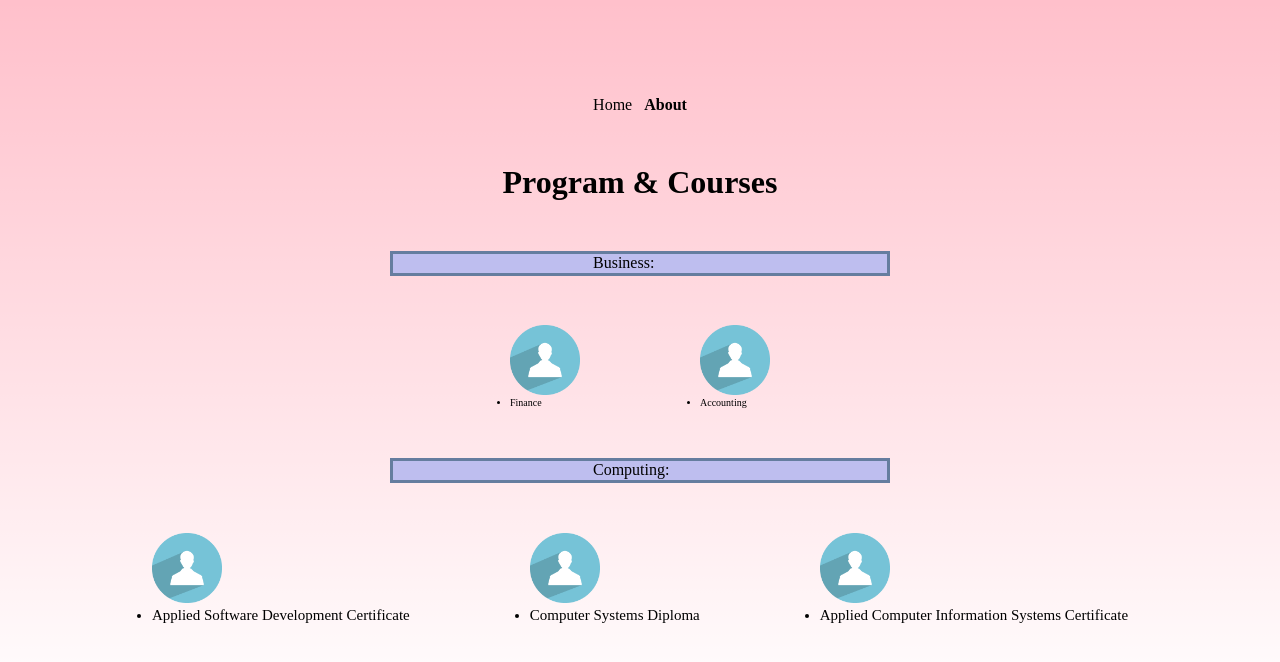
Repository: anoncoderin/madhu-assignment3
Page: /
An editor plug-in stored every save of this project. The page is shown before and after a run of saves, followed by the edit.
The browser window is 1280 px wide. The pictures show the whole page.
The project was rebuilt for these pictures with package versions that can differ from the ones it lists, and the page was loaded fresh each time. The framework's server and built-in components were replaced by stand-ins that run in the browser. Also part of the build but not shown: next.config.js, components/Card/Card.module.css.

Above is the page before, as saved 2023-01-22 21:04:50.

### pages/index.js
import Head from 'next/head'
import Image from 'next/image'
import { Inter } from '@next/font/google'
import styles from '@/styles/Home.module.css'
import { useState } from 'react'
import data from '../data/education.json'
import Link from 'next/link'
import Card from '../components/Card'
import style from '../components/Card/Card.module.css'

export default function Home() {
  console.log(data);
  const [information, setInformation] = useState([...data])
  return (
    <>
      <Head>

      </Head>
      <main className={styles.main}>

        <p> Home &nbsp;&nbsp;
          <Link href="about"><b>About</b></Link>
        </p>
        <h1>Program & Courses</h1>
      <div className={styles.heading}>Business:</div>
      <div className={styles.row}>
      {
        information && information.map((info, index)=>{
          if(info.department === "Business"){
            return(
              <Card key={index} degree={info.degree}></Card>
            )
          }
        })
      }
      </div>
      <div className={styles.heading}>Computing:</div>
      <div className={styles.row}>
      {
        information && information.map((info, index)=>{
          if(info.department === "Computing"){
            return(

              <Card key={index} degree={info.degree} font={15}></Card>
            )
          }
        })
      }
      </div>
      </main>
    </>
  )
}

### styles/globals.css
:root {
  --max-width: 1100px;
  --border-radius: 12px;
  --font-mono: ui-monospace, Menlo, Monaco, 'Cascadia Mono', 'Segoe UI Mono',
    'Roboto Mono', 'Oxygen Mono', 'Ubuntu Monospace', 'Source Code Pro',
    'Fira Mono', 'Droid Sans Mono', 'Courier New', monospace;

  --foreground-rgb: 0, 0, 0;
  --background-start-rgb: 255, 192, 203;
  --background-end-rgb: 255, 255, 255;

  --primary-glow: conic-gradient(
    from 180deg at 50% 50%,
    hsla(78, 61%, 87%, 0.2) 0deg,
    #0885ff33 55deg,
    #54d6ff33 120deg,
    #0071ff33 160deg,
    transparent 360deg
  );
  --secondary-glow: radial-gradient(
    rgba(255, 255, 255, 1),
    rgba(255, 255, 255, 0)
  );

  --tile-start-rgb: 239, 245, 249;
  --tile-end-rgb: 228, 232, 233;
  --tile-border: conic-gradient(
    #00000080,
    #00000040,
    #00000030,
    #00000020,
    #00000010,
    #00000010,
    #00000080
  );

  --callout-rgb: 238, 240, 241;
  --callout-border-rgb: 172, 175, 176;
  --card-rgb: 180, 185, 188;
  --card-border-rgb: 131, 134, 135;
}

@media (prefers-color-scheme: dark) {
  :root {
    --foreground-rgb: 255, 255, 255;
    --background-start-rgb: 0, 0, 0;
    --background-end-rgb: 0, 0, 0;

    --primary-glow: radial-gradient(rgba(1, 65, 255, 0.4), rgba(1, 65, 255, 0));
    --secondary-glow: linear-gradient(
      to bottom right,
      rgba(1, 65, 255, 0),
      rgba(1, 65, 255, 0),
      rgba(1, 65, 255, 0.3)
    );

    --tile-start-rgb: 2, 13, 46;
    --tile-end-rgb: 2, 5, 19;
    --tile-border: conic-gradient(
      #ffffff80,
      #ffffff40,
      #ffffff30,
      #ffffff20,
      #ffffff10,
      #ffffff10,
      #ffffff80
    );

    --callout-rgb: 20, 20, 20;
    --callout-border-rgb: 108, 108, 108;
    --card-rgb: 100, 100, 100;
    --card-border-rgb: 200, 200, 200;
  }
}

* {
  box-sizing: border-box;
  padding: 0;
  margin: 0;
}

html,
body {
  max-width: 100vw;
  overflow-x: hidden;
}

body {
  color: rgb(var(--foreground-rgb));
  background: linear-gradient(
      to bottom,
      transparent,
      rgb(var(--background-end-rgb))
    )
    rgb(var(--background-start-rgb));
}

a {
  color: inherit;
  text-decoration: none;
}

@media (prefers-color-scheme: dark) {
  html {
    color-scheme: dark;
  }
}

### styles/Home.module.css
.main {
  display: flex;
  flex-direction: column;
  justify-content: space-between;
  align-items: center;
  padding: 6rem;
  min-height: 100vh;
}
.row{
  display: flex;
  flex-direction: row;
  justify-content:space-evenly;
  gap: 120px;

}


.heading{
  padding-left: 200px;
  height: 25px;
  width: 500px;
  background-color: #bebeef;
  border-style:solid;
  border-color:#657d9f;
}

.degree{
  display: flex;
  flex-direction: column;

  gap: 5px;
}

.description {
  display: inherit;
  justify-content: inherit;
  align-items: inherit;
  font-size: 0.85rem;
  max-width: var(--max-width);
  width: 100%;
  z-index: 2;
  font-family: var(--font-mono);
}

.description a {
  display: flex;
  justify-content: center;
  align-items: center;
  gap: 0.5rem;
}

.description p {
  position: relative;
  margin: 0;
  padding: 1rem;
  background-color: rgba(var(--callout-rgb), 0.5);
  border: 1px solid rgba(var(--callout-border-rgb), 0.3);
  border-radius: var(--border-radius);
}

.code {
  font-weight: 700;
  font-family: var(--font-mono);
}

.grid {
  display: grid;
  grid-template-columns: repeat(4, minmax(25%, auto));
  width: var(--max-width);
  max-width: 100%;
}

.card {
  padding: 1rem 1.2rem;
  border-radius: var(--border-radius);
  background: rgba(var(--card-rgb), 0);
  border: 1px solid rgba(var(--card-border-rgb), 0);
  transition: background 200ms, border 200ms;
}

.card span {
  display: inline-block;
  transition: transform 200ms;
}

.card h2 {
  font-weight: 600;
  margin-bottom: 0.7rem;
}

.card p {
  margin: 0;
  opacity: 0.6;
  font-size: 0.9rem;
  line-height: 1.5;
  max-width: 30ch;
}

.center {
  display: flex;
  justify-content: center;
  align-items: center;
  position: relative;
  padding: 4rem 0;
}

.center::before {
  background: var(--secondary-glow);
  border-radius: 50%;
  width: 480px;
  height: 360px;
  margin-left: -400px;
}

.center::after {
  background: var(--primary-glow);
  width: 240px;
  height: 180px;
  z-index: -1;
}

.center::before,
.center::after {
  content: '';
  left: 50%;
  position: absolute;
  filter: blur(45px);
  transform: translateZ(0);
}

.logo,
.thirteen {
  position: relative;
}

.thirteen {
  display: flex;
  justify-content: center;
  align-items: center;
  width: 75px;
  height: 75px;
  padding: 25px 10px;
  margin-left: 16px;
  transform: translateZ(0);
  border-radius: var(--border-radius);
  overflow: hidden;
  box-shadow: 0px 2px 8px -1px #0000001a;
}

.thirteen::before,
.thirteen::after {
  content: '';
  position: absolute;
  z-index: -1;
}

/* Conic Gradient Animation */
.thirteen::before {
  animation: 6s rotate linear infinite;
  width: 200%;
  height: 200%;
  background: var(--tile-border);
}

/* Inner Square */
.thirteen::after {
  inset: 0;
  padding: 1px;
  border-radius: var(--border-radius);
  background: linear-gradient(
    to bottom right,
    rgba(var(--tile-start-rgb), 1),
    rgba(var(--tile-end-rgb), 1)
  );
  background-clip: content-box;
}

/* Enable hover only on non-touch devices */
@media (hover: hover) and (pointer: fine) {
  .card:hover {
    background: rgba(var(--card-rgb), 0.1);
    border: 1px solid rgba(var(--card-border-rgb), 0.15);
  }

  .card:hover span {
    transform: translateX(4px);
  }
}

@media (prefers-reduced-motion) {
  .thirteen::before {
    animation: none;
  }

  .card:hover span {
    transform: none;
  }
}

/* Mobile */
@media (max-width: 700px) {
  .content {
    padding: 4rem;
  }

  .grid {
    grid-template-columns: 1fr;
    margin-bottom: 120px;
    max-width: 320px;
    text-align: center;
  }

  .card {
    padding: 1rem 2.5rem;
  }

  .card h2 {
    margin-bottom: 0.5rem;
  }

  .center {
    padding: 8rem 0 6rem;
  }

  .center::before {
    transform: none;
    height: 300px;
  }

  .description {
    font-size: 0.8rem;
  }

  .description a {
    padding: 1rem;
  }

  .description p,
  .description div {
    display: flex;
    justify-content: center;
    position: fixed;
    width: 100%;
  }

  .description p {
    align-items: center;
    inset: 0 0 auto;
    padding: 2rem 1rem 1.4rem;
    border-radius: 0;
    border: none;
    border-bottom: 1px solid rgba(var(--callout-border-rgb), 0.25);
    background: linear-gradient(
      to bottom,
      rgba(var(--background-start-rgb), 1),
      rgba(var(--callout-rgb), 0.5)
    );
    background-clip: padding-box;
    backdrop-filter: blur(24px);
  }

  .description div {
    align-items: flex-end;
    pointer-events: none;
    inset: auto 0 0;
    padding: 2rem;
    height: 200px;
    background: linear-gradient(
      to bottom,
      transparent 0%,
      rgb(var(--background-end-rgb)) 40%
    );
    z-index: 1;
  }
}

/* Tablet and Smaller Desktop */
@media (min-width: 701px) and (max-width: 1120px) {
  .grid {
    grid-template-columns: repeat(2, 50%);
  }
}

@media (prefers-color-scheme: dark) {
  .vercelLogo {
    filter: invert(1);
  }

  .logo,
  .thirteen img {
    filter: invert(1) drop-shadow(0 0 0.3rem #ffffff70);
  }
}

@keyframes rotate {
  from {
    transform: rotate(360deg);
  }
  to {
    transform: rotate(0deg);
  }
}

### data/education.json
[
        {
            "studentNumber": "A0004567",
            "firstName": "Person 1",
            "gpa": 3.8,
            "department": "Business",
            "degree": "Finance",
            "graduted": 2014
        },
        {
            "studentNumber": "A0001234",
            "firstName": "Person 2",
            "gpa": 3.5,
            "department": "Business",
            "degree": "Accounting",
            "graduted": 2010
        },
        {
            "studentNumber": "A0007890",
            "firstName": "Person 3",
            "gpa": 3.2,
            "department": "Computing",
            "degree": "Applied Software Development Certificate",
            "graduted": 2018
        },
        {
            "studentNumber": "A0007828",
            "firstName": "Person 4",
            "gpa": 3.9,
            "department": "Computing",
            "degree": "Computer Systems Diploma",
            "graduted": 2021
        },
        {
            "studentNumber": "A0003425",
            "firstName": "Person 5",
            "gpa": 3.2,
            "department": "Computing",
            "degree": "Applied Computer Information Systems Certificate",
            "graduted": 2021
        }

]

### components/Card/index.js
export default function Card(
    {
        degree="none",
        color="purple",
        font=10,
        image='icon/personTwo.png'
    }
){
    return(
        <div  style={{backgroundcolor:color, fontSize:font }}>
           <img src={'icon/person.png'} width="70px"></img>
           <ul> <li>{degree}
            </li>

            </ul>
        </div>
    )
}

Loaded but not shown: pages/_app.js (common file); pages/_document.js (common file)

After the next 10 saves:
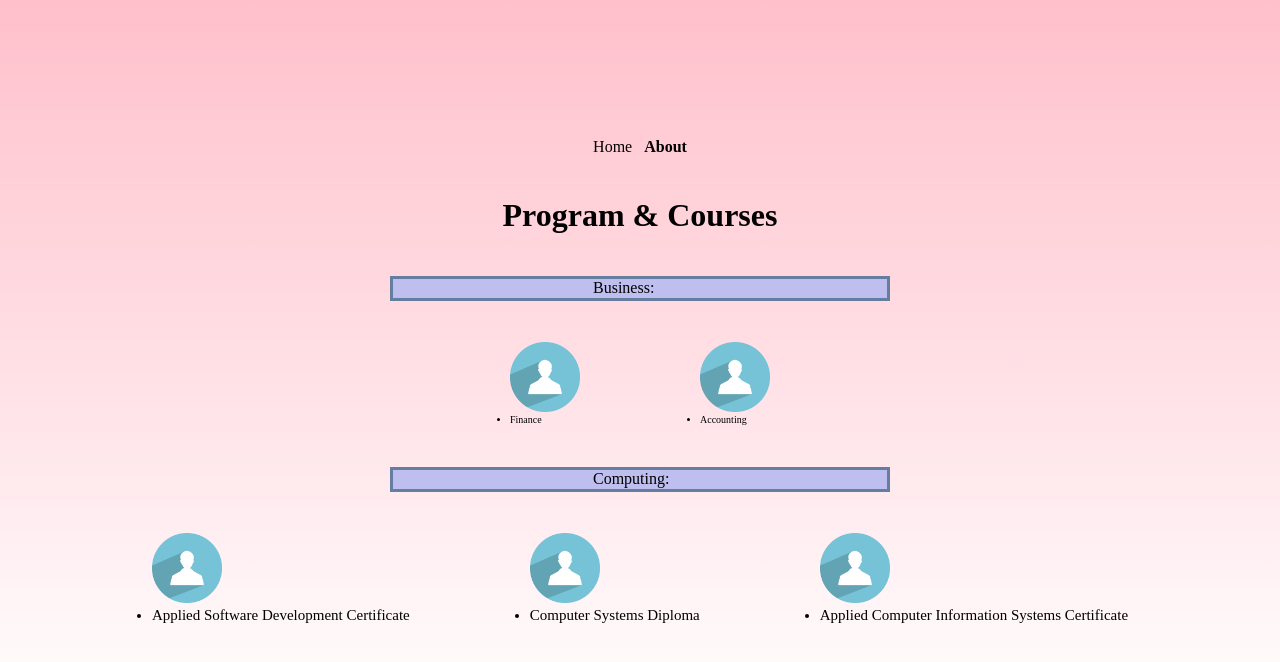
The 10 saves are shown as one change because 2 did not build or start and some came seconds apart.
The last was saved 82 min 37 s later.
--- a/pages/index.js
+++ b/pages/index.js
@@ -17,7 +17,7 @@
 
       </Head>
       <main className={styles.main}>
-
+        <div className={styles.nav}></div>
         <p> Home &nbsp;&nbsp;
           <Link href="about"><b>About</b></Link>
         </p>

After the 3 saves that followed:
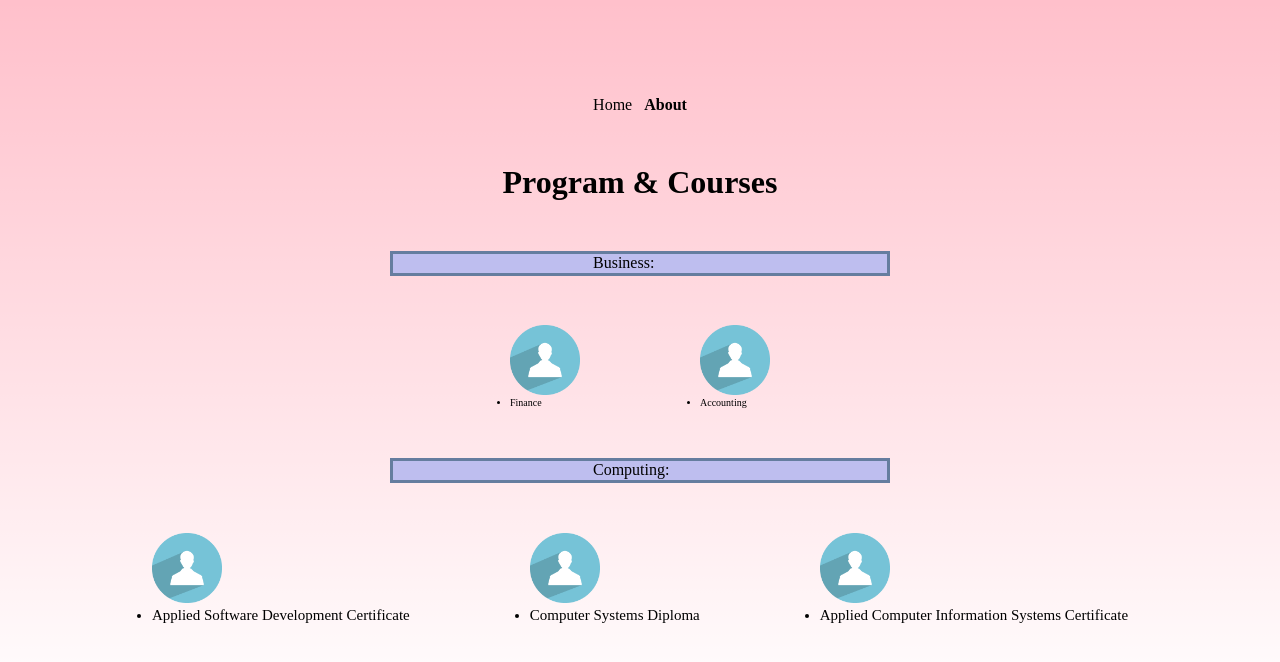
The 3 saves are shown as one change because 1 did not build or start and some came seconds apart.
The last was saved 10 s later.
--- a/pages/index.js
+++ b/pages/index.js
@@ -17,10 +17,11 @@
 
       </Head>
       <main className={styles.main}>
-        <div className={styles.nav}></div>
+        <div className={styles.nav}>
         <p> Home &nbsp;&nbsp;
           <Link href="about"><b>About</b></Link>
         </p>
+        </div>
         <h1>Program & Courses</h1>
       <div className={styles.heading}>Business:</div>
       <div className={styles.row}>
